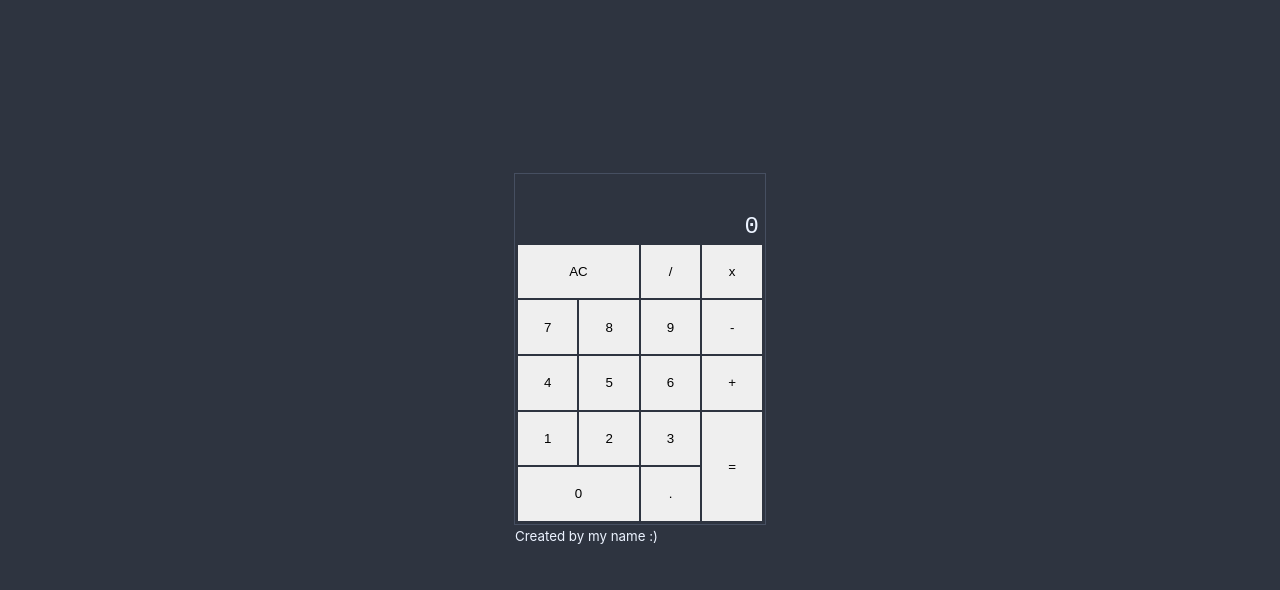
Repository: asing44/FCC
Page: / (app in Front-End-Projects/Calculator/)
An editor plug-in stored every save of this project. The page is shown before and after the next save, followed by the edit.
The browser window is 1280 px wide. The pictures show the whole page.
The project was rebuilt for these pictures with package versions that can differ from the ones it lists, and the page was loaded fresh each time. Also part of the build but not shown: Front-End-Projects/Calculator/vite.config.js.

Above is the page before, as saved 2024-11-14 19:09:20.

### Front-End-Projects/Calculator/src/assets/main.css
@import './base.css';

#app {
  height: 100vh;
  display: grid;
  place-content: center;
  font-weight: normal;
}

.u_content-center {
  display: grid;
  place-content: center;
}

main {
  display: grid;
  place-content: center;
}

small {
  margin-top: 1rem;
}

### Front-End-Projects/Calculator/src/App.vue
<script setup>
  import Calculator from './Calculator.vue';
</script>

<template>
  <div class="u-centerAlign">
    <main>
      <Calculator />
    </main>
    <small>Created by my name :)</small>
  </div>
</template>

<style scoped>
  small {
    margin-top: 1rem;
  }
</style>

### Front-End-Projects/Calculator/src/assets/base.css
:root {
  --Color-background: #2E3440;
  --Color-text: #ECF3FF;
}

*,
*::before,
*::after {
  box-sizing: border-box;
  margin: 0;
  font-weight: normal;
  transition: all 400ms ease;
}

body {
  min-height: 100vh;
  color: var(--Color-text);
  background: var(--Color-background);
  line-height: 1.4;
  font-family:
    Inter,
    -apple-system,
    BlinkMacSystemFont,
    'Segoe UI',
    Roboto,
    Oxygen,
    Ubuntu,
    Cantarell,
    'Fira Sans',
    'Droid Sans',
    'Helvetica Neue',
    sans-serif;
  font-size: 16px;
  text-rendering: optimizeLegibility;
  -webkit-font-smoothing: antialiased;
  -moz-osx-font-smoothing: grayscale;
}

### Front-End-Projects/Calculator/src/Calculator.vue
<script setup>
import { ref } from 'vue';

const displayUpper = ref("");
const displayLower = ref("0");
// ?* Need to get rid of "0" after start®

function reset() {
    displayLower.value = "0";
    displayUpper.value = ""
}

let initDisplay = function() {
    let toggler = false;
    if (!toggler) {
        toggler = true;
        displayLower.value = ""
    }
};

function clickHandler(event) {
    displayLower.value = "0";
    initDisplay();
    if (displayUpper.value + event.target.innerText != 0) {
        displayUpper.value = displayUpper.value + event.target.innerText
        event.target.classList.contains('btnDigit') ? appendInput(event) : null
        event.target.classList.contains('btnAction--AC') ? reset() : null
    } if (event.target.innerText.match(/[./+=-]/g)) {
        displayLower.value = event.target.innerText;
    }
    else {
        null
    }
}

function appendInput(event) {
    displayLower.value += event.target.innerText;
}
// Calculates top row
function calculate() {
    let originalString = displayUpper.value;
    // 0. Split original string
    let splitString = displayUpper.value.split('');
    /* 0a Find if string contains:
        1. only one or more operand -> return "NAN"
        2. only one or more number -> return number
        3. one or more operand but only one number -> return number
    */
    originalString.match(/[/*+-]/g) ? console.log("yes") : console.log("no")
    // 0b Find if string
    // 1. Find '/' and '*' in string
    //  1b. If none, find '+' and '-'
    // 2. Find number before and after step 1 result. Record start position and length of match.
    // 3. Complete operation with step 2 result and step 1 result
    // 4. Replace original match from step 2 with result of step 3
    // 5. Repeat until length is 1
    // 6. Return answer and replace lower display with answer
}

</script>

<template>
    <div class="calculator">
        <div class="display">
            <div class="display__upper">
                {{ displayUpper }}
            </div>
            <div class="display__inner">
                {{ displayLower }}
            </div>
        </div>
        <button class="btnAction btnAction--AC" @click="clickHandler">AC</button>
        <button class="btnAction btnAction--divide" @click="clickHandler">/</button>
        <button class="btnAction btnAction--multiply" @click="clickHandler">x</button>
        <button class="btnAction btnAction--minus" @click="clickHandler">-</button>
        <button class="btnAction btnAction--plus" @click="clickHandler">+</button>
        <button class="btnAction btnAction--enter" @click="calculate">=</button>
        <button class="btnDigit btnDigit--dot" @click="clickHandler">.</button>
        <button class="btnDigit btnDigit--0" @click="clickHandler">0</button>
        <button class="btnDigit btnDigit--1" @click="clickHandler">1</button>
        <button class="btnDigit btnDigit--2" @click="clickHandler">2</button>
        <button class="btnDigit btnDigit--3" @click="clickHandler">3</button>
        <button class="btnDigit btnDigit--4" @click="clickHandler">4</button>
        <button class="btnDigit btnDigit--5" @click="clickHandler">5</button>
        <button class="btnDigit btnDigit--6" @click="clickHandler">6</button>
        <button class="btnDigit btnDigit--7" @click="clickHandler">7</button>
        <button class="btnDigit btnDigit--8" @click="clickHandler">8</button>
        <button class="btnDigit btnDigit--9" @click="clickHandler">9</button>
    </div>
</template>

<style scoped>

    .calculator {
        display: grid;
        height: clamp(350px, 45vh, 800px);
        width: clamp(200px, 35vw, 250px);
        outline: 1px solid #464F61;
        border: 2px solid #2E3440;
        background-color: #C2C2D7;
        grid-template-rows: repeat(6, 1fr);
        grid-template-areas:
            "display display display display""AC AC divide multiply""seven eight nine minus""four five six plus""one two three enter""zero zero decimal enter";
    }

    .btnAction, .btnDigit {
        height: auto;
        border: 1px solid #2E3440;
    }

    /* --------------------------------- Display -------------------------------- */

    .display {
        grid-area: display;
        min-height: 4.25rem;
        background-color: #2E3440;
    }

    .display__inner, .display__upper {
        display: flex;
        height: 50%;
        justify-content: end;
        align-items: center;
        padding: 4px;
        font-family: monospace;
        font-size: 1.5rem;
    }

    .display__upper {
        color: #E9DAAA;
        font-size: 1.25rem;
    }

    /* --------------------------------- Buttons -------------------------------- */

    .btnAction--AC {
        grid-area: AC;
    }

    .btnAction--divide {
        grid-area: divide;
    }

    .btnAction--multiply {
        grid-area: multiply;
    }

    .btnAction--minus {
        grid-area: minus;
    }

    .btnAction--plus {
        grid-area: plus;
    }

    .btnAction--enter {
        grid-area: enter;
    }

    .btnDigit--7 {
        grid-area: seven;
    }

    .btnDigit--8 {
        grid-area: eight;
    }

    .btnDigit--9 {
        grid-area: nine;
    }

    .btnDigit--6 {
        grid-area: six;
    }

    .btnDigit--5 {
        grid-area: five;
    }

    .btnDigit--4 {
        grid-area: four;
    }

    .btnDigit--3 {
        grid-area: three;
    }

    .btnDigit--2 {
        grid-area: two;
    }

    .btnDigit--1 {
        grid-area: one;
    }

    .btnDigit--0 {
        grid-area: zero;
    }

    .btnDigit--dot {
        grid-area: decimal;
    }

</style>

Loaded but not shown: Front-End-Projects/Calculator/index.html (common file); Front-End-Projects/Calculator/src/main.js (common file)

After the next save:
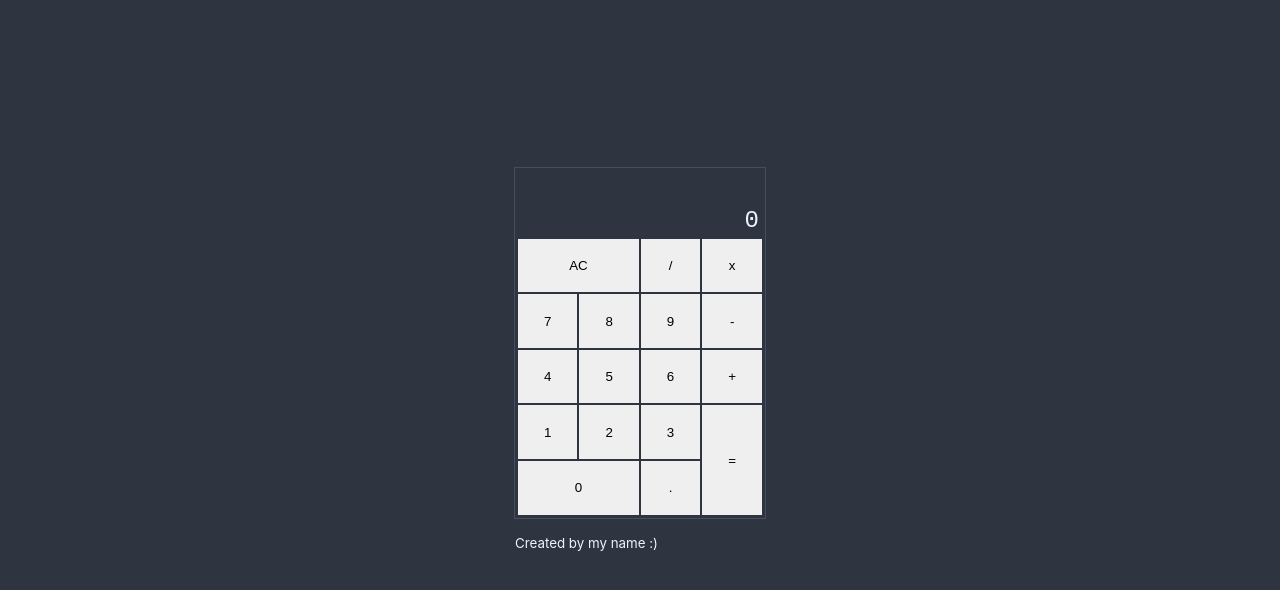
Saved 6 days later.
--- a/Front-End-Projects/Calculator/src/App.vue
+++ b/Front-End-Projects/Calculator/src/App.vue
@@ -1,18 +1,10 @@
 <script setup>
-  import Calculator from './Calculator.vue';
+import Calculator from './Calculator.vue';
 </script>
 
 <template>
-  <div class="u-centerAlign">
-    <main>
-      <Calculator />
-    </main>
-    <small>Created by my name :)</small>
-  </div>
+  <main>
+    <Calculator class="calculator"/>
+  </main>
+  <small>Created by my name :)</small>
 </template>
-
-<style scoped>
-  small {
-    margin-top: 1rem;
-  }
-</style>
